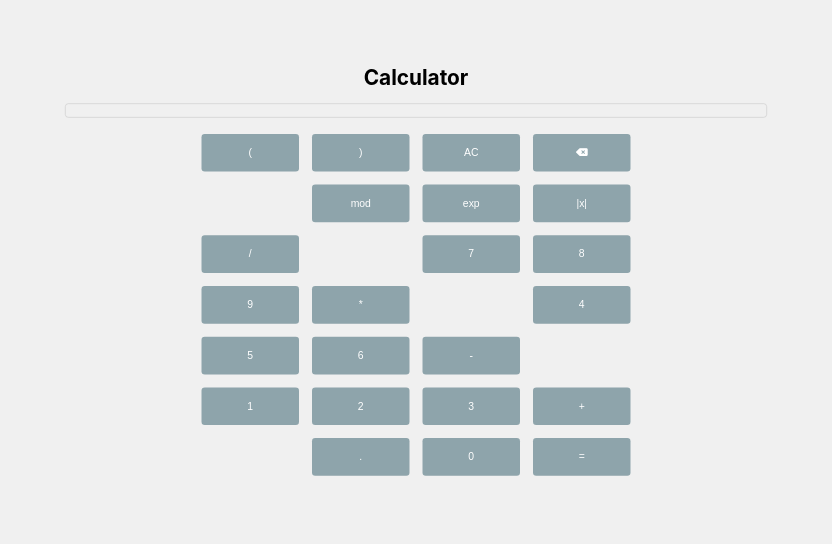
Repository: thesaherriaz/Calculator-React
Page: /
An editor plug-in stored every save of this project. The page is shown before and after the next save, followed by the edit.
The browser window is 1280 px wide. The pictures show the whole page, at 65% of full size.
The project was rebuilt for these pictures with package versions that can differ from the ones it lists, and the page was loaded fresh each time.

Above is the page before, as saved 2025-06-18 15:32:57.

### public/index.html
<!DOCTYPE html>
<html lang="en">
  <head>
    <meta charset="utf-8" />
    <link rel="icon" href="%PUBLIC_URL%/favicon.ico" />
    <meta name="viewport" content="width=device-width, initial-scale=1" />
    <meta name="theme-color" content="#000000" />
    <meta
      name="description"
      content="Web site created using create-react-app"
    />
    <link rel="apple-touch-icon" href="%PUBLIC_URL%/logo192.png" />
    <link rel="stylesheet" href="https://cdnjs.cloudflare.com/ajax/libs/font-awesome/6.0.0/css/all.min.css">
    <!--
      manifest.json provides metadata used when your web app is installed on a
      user's mobile device or desktop. See https://developers.google.com/web/fundamentals/web-app-manifest/
    -->
    <link rel="manifest" href="%PUBLIC_URL%/manifest.json" />
    <!--
      Notice the use of %PUBLIC_URL% in the tags above.
      It will be replaced with the URL of the `public` folder during the build.
      Only files inside the `public` folder can be referenced from the HTML.

      Unlike "/favicon.ico" or "favicon.ico", "%PUBLIC_URL%/favicon.ico" will
      work correctly both with client-side routing and a non-root public URL.
      Learn how to configure a non-root public URL by running `npm run build`.
    -->
    <title>React App</title>
  </head>
  <body>
    <noscript>You need to enable JavaScript to run this app.</noscript>
    <div id="root"></div>
    <!--
      This HTML file is a template.
      If you open it directly in the browser, you will see an empty page.

      You can add webfonts, meta tags, or analytics to this file.
      The build step will place the bundled scripts into the <body> tag.

      To begin the development, run `npm start` or `yarn start`.
      To create a production bundle, use `npm run build` or `yarn build`.
    -->
  </body>
</html>

### src/App.js
import React from 'react'
import Calculator from './compnents/Calculator'

function App() {
  return (
    <Calculator />
  )
}

export default App

### src/compnents/Calculator.jsx
import React from 'react'
import './Calculator.css'
import { useState } from 'react'

function Calculator() {
    const [input, setInput] = useState('');
    const [result, setResult] = useState('');
    const handleClick = (value) => {
        return () => {
            const input = document.getElementById('input');
            if (value === 'AC') {
                setInput('');
            } else if (value === 'DEL') {
                setInput(input.value.slice(0, -1));
            } else if (value === '=') {
                try {
                    setResult(eval(input));
                    setInput('');
                } catch (error) {
                    setInput('Error');
                }
            } else {
                setInput(input + value);
            }
        };
    }
  return (
    <>
        <div className="Calculator">
            <h1>Calculator</h1>
            <div className="input">{input}</div>
            <div className="result">{result}</div>
            <div className="buttons">
                <button className='btn-cal'onClick={handleClick('(')}>(</button>
                <button className='btn-cal'onClick={handleClick(')')}>)</button>
                <button className='btn-cal'onClick={handleClick('AC')}>AC</button>
                <button className='btn-cal'onClick={handleClick('DEL')}><i class="fa-solid fa-delete-left"></i></button> <br />
                <button className='btn-cal'onClick={handleClick('mod')}>mod</button>
                <button className='btn-cal'onClick={handleClick('exp')}>exp</button>
                <button className='btn-cal'onClick={handleClick('|x|')}>|x|</button>
                <button className='btn-cal'onClick={handleClick('/')}>/</button> <br />
                <button className='btn-cal'onClick={handleClick('7')}>7</button>
                <button className='btn-cal'onClick={handleClick('8')}>8</button>
                <button className='btn-cal'onClick={handleClick('9')}>9</button>
                <button className='btn-cal'onClick={handleClick('*')}>*</button> <br />
                <button className='btn-cal'onClick={handleClick('4')}>4</button>
                <button className='btn-cal'onClick={handleClick('5')}>5</button>
                <button className='btn-cal'onClick={handleClick('6')}>6</button>
                <button className='btn-cal'onClick={handleClick('-')}>-</button> <br />
                <button className='btn-cal'onClick={handleClick('1')}>1</button>
                <button className='btn-cal'onClick={handleClick('2')}>2</button>
                <button className='btn-cal'onClick={handleClick('3')}>3</button>
                <button className='btn-cal'onClick={handleClick('+')}>+</button> <br />
                <button className='btn-cal'onClick={handleClick('.')}>.</button>
                <button className='btn-cal'onClick={handleClick('0')}>0</button>
                <button className='btn-cal'onClick={handleClick('=')}>=</button>
            </div>
        </div>
    </>
  )
}

export default Calculator

### src/compnents/Calculator.css
*{
    box-sizing: border-box;
    margin: 0;
    padding: 0;

}
.Calculator {
  display: flex;
  flex-direction: column;
  align-items: center;
  justify-content: center;
  /* height: 100vh; */
  background-color: #f0f0f0;
  padding: 100px;
}
.buttons {
  display: grid;
  grid-template-columns: repeat(4, 1fr);
  gap: 10px;
}
.btn-cal{
  background-color: #8ea4ab;
  width: 150px;
  color: white;
  border: none;
  padding: 20px;
  font-size: 16px;
  cursor: pointer;
  border-radius: 5px;
  margin: 5px;
  transition: background-color 0.3s ease;
}

.input {
  width: 100%;
  padding: 10px;
  font-size: 16px;
  border: 1px solid #ccc;
  border-radius: 5px;
  margin: 20px;
}

Loaded but not shown: src/index.js (common file); src/index.css (common file); src/reportWebVitals.js (common file)

After the next save:
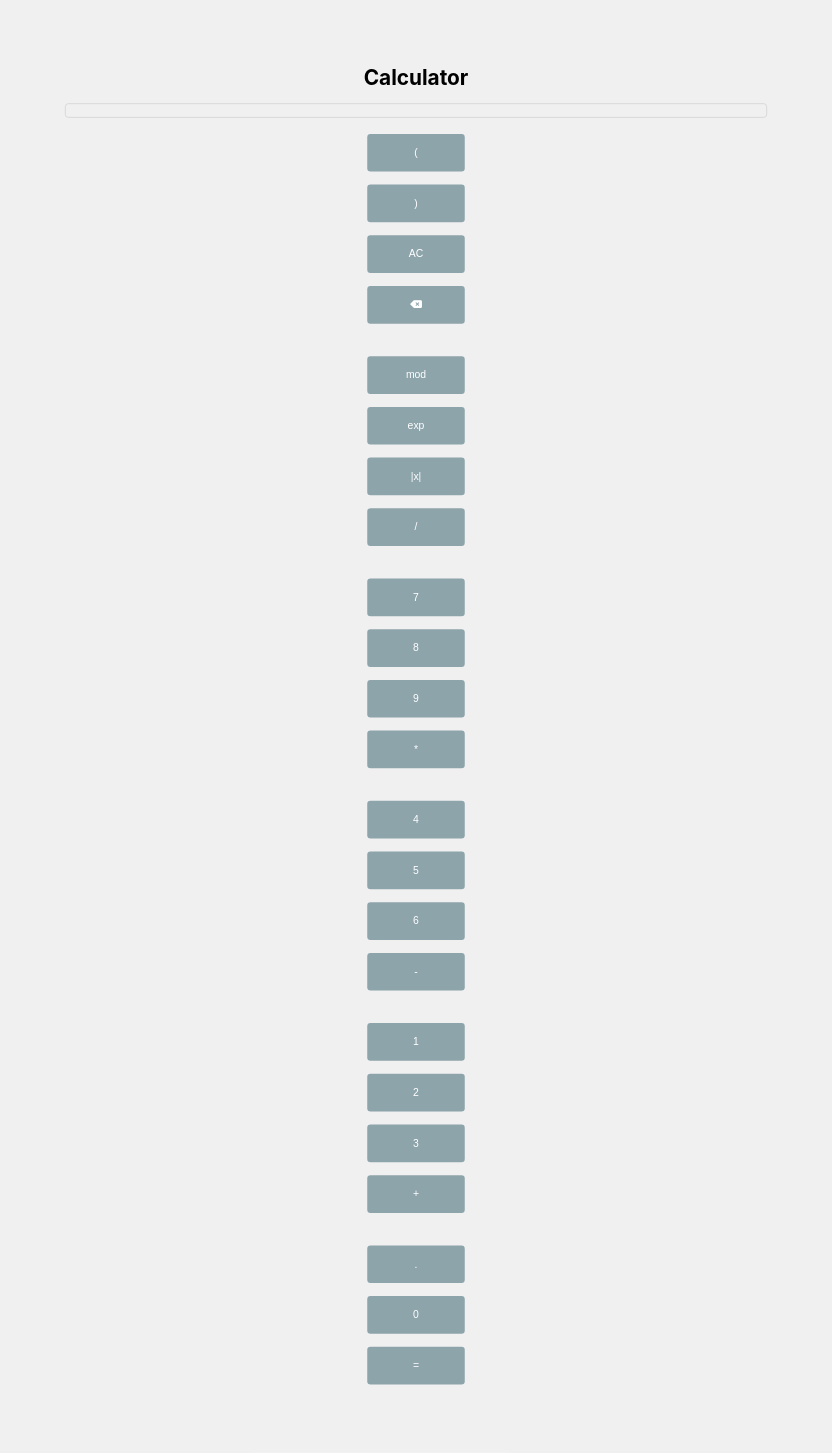
Saved 13 s later.
--- a/src/compnents/Calculator.css
+++ b/src/compnents/Calculator.css
@@ -15,7 +15,7 @@
 }
 .buttons {
   display: grid;
-  grid-template-columns: repeat(4, 1fr);
+  grid-template-columns: repeat(4, 1);
   gap: 10px;
 }
 .btn-cal{

After the 4 saves that followed:
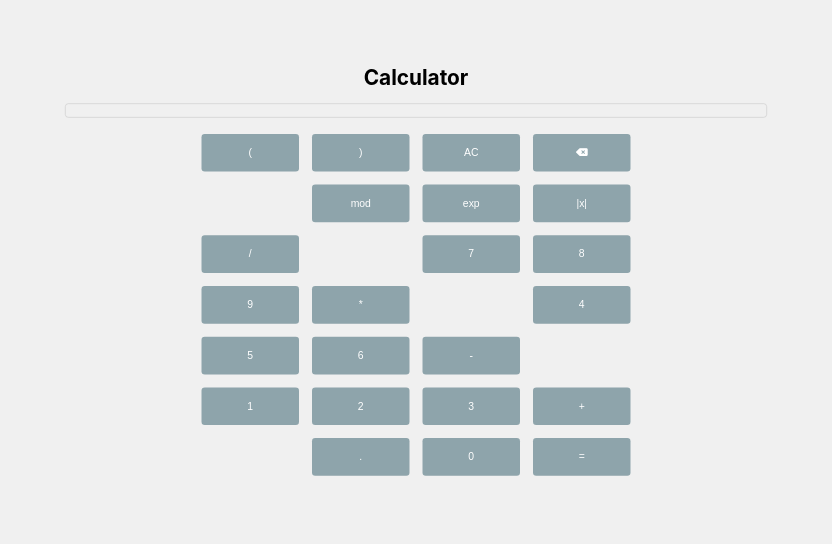
The 4 saves are shown as one change because they came seconds apart.
The last was saved 13 s later.
--- a/src/compnents/Calculator.css
+++ b/src/compnents/Calculator.css
@@ -15,7 +15,7 @@
 }
 .buttons {
   display: grid;
-  grid-template-columns: repeat(4, 1);
+  grid-template-columns: repeat(4, 1fr);
   gap: 10px;
 }
 .btn-cal{
